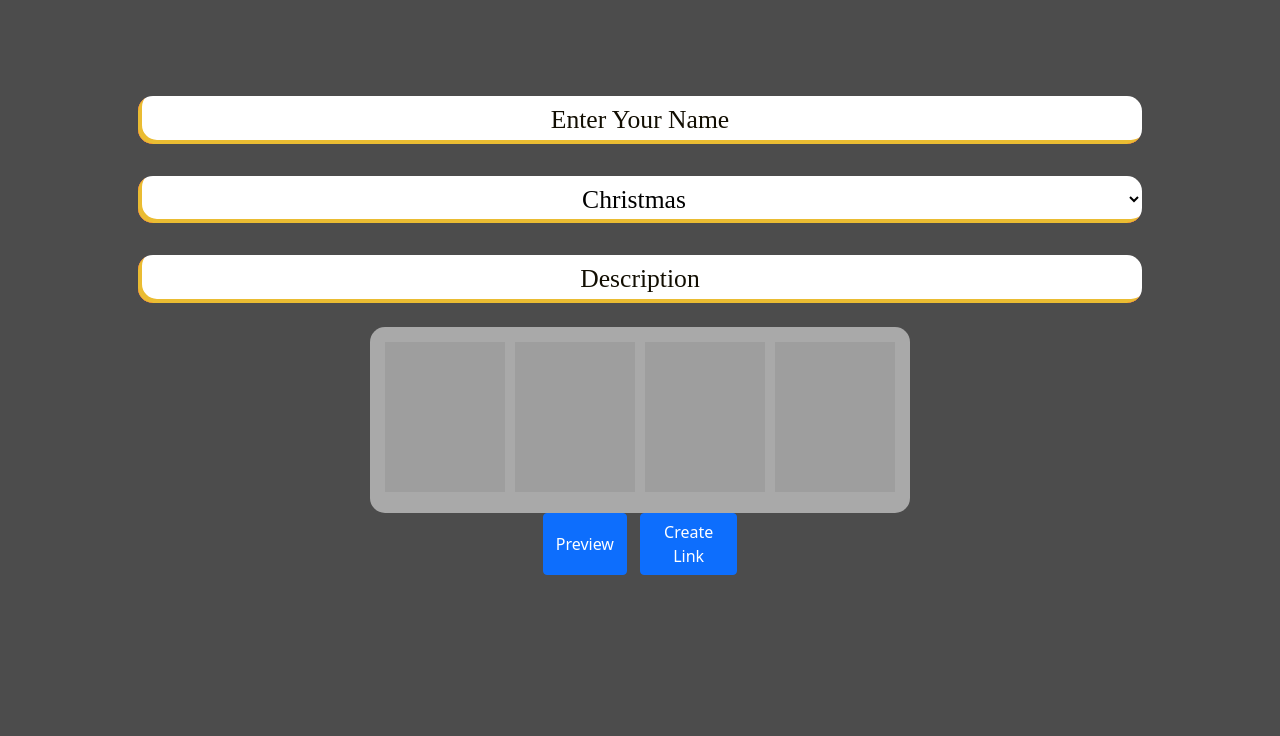
Repository: Haneef-Shaik/Greetings
Page: /
These files come from the project's save history. The page is drawn as it stood at one moment and after the next save; the edit follows.
The browser window is 1280 px wide. The pictures show the whole page.
Pictures or frames that could not be fetched are drawn as grey boxes. The project was rebuilt for these pictures with package versions that can differ from the ones it lists, and the page was loaded fresh each time. The framework's server and built-in components were replaced by stand-ins that run in the browser. Also part of the build but not shown: next.config.js, styles/card.module.scss, components/card.js, styles/socialShare.module.scss, components/socialShare.js.

Above is the page before, as saved 2021-12-01 21:10:20.

After the next save:
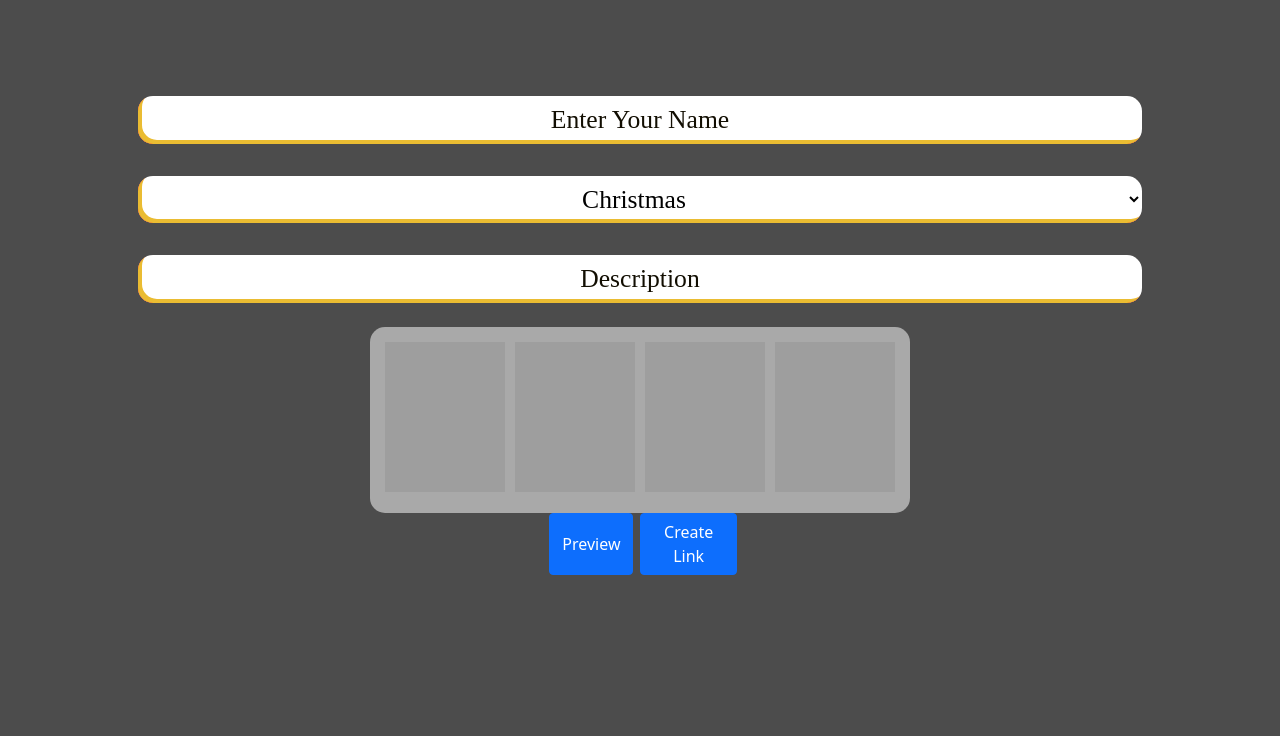
Saved 18 s later.
--- a/components/form.js
+++ b/components/form.js
@@ -65,8 +65,8 @@ function Edit() {
 
                                 <div className="footerBanner">
                                     <div className="row ">
-                                        <div className="col p-0 m-0 d-flex" ><button className="btn btn-primary"  >Preview</button></div>
-                                        <div className="col p-0 m-0 d-flex" ><button className="btn btn-primary"  > Create Link </button></div>
+                                        <div className="col p-0 m-0 d-flex justify-content-center "> <button className="btn btn-primary"  >Preview</button></div>
+                                        <div className="col p-0 m-0 d-flex justify-content-center "> <button className="btn btn-primary"  > Create Link </button></div>
                                     </div>
                                 </div>
                             </form>
